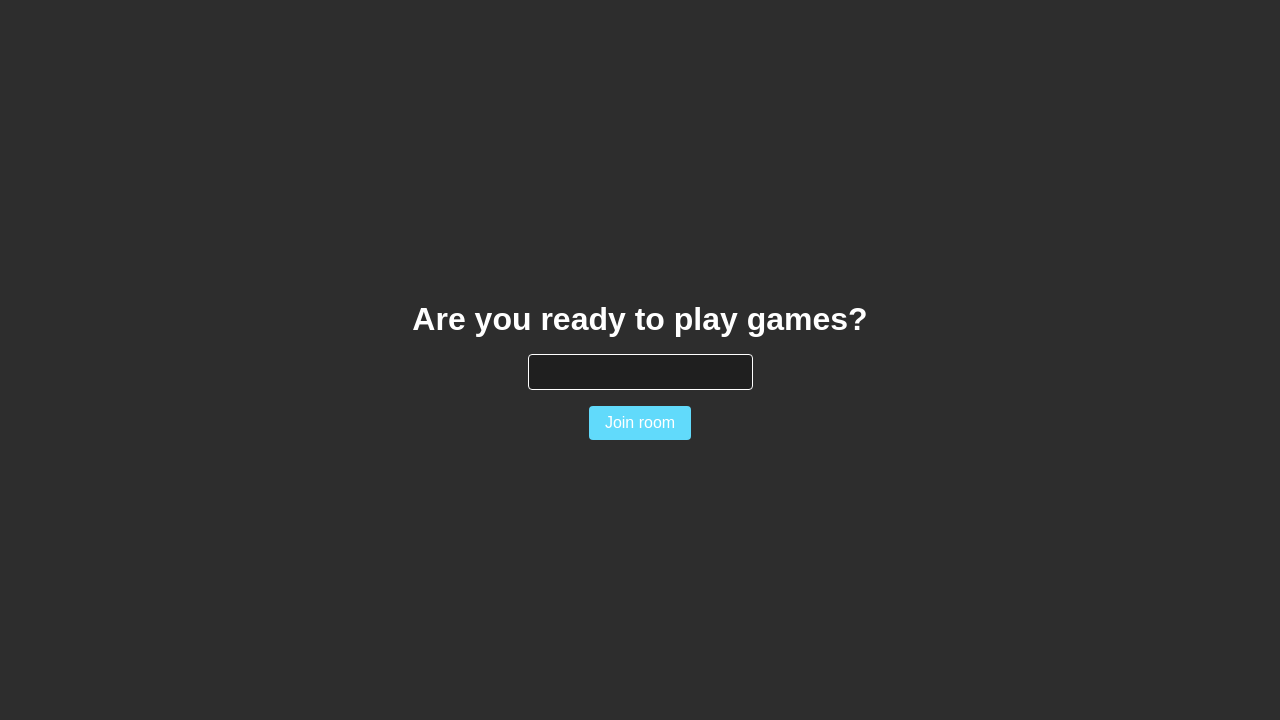
Repository: rektyyy/henhouse
Page: client/index.html
An editor plug-in stored every save of this project. The page is shown before and after a run of saves, followed by the edit.
The browser window is 1280 px wide. The pictures show the whole page.

Above is the page before, as saved 2023-12-30 10:08:11.

### client/index.html
<!DOCTYPE html>
<html lang="en">

<head>
    <meta name="viewport" content="width=device-width, initial-scale=1.0">
    <title>Cool Start Page</title>
    <link rel="stylesheet" type="text/css" href="styles.css">
    <style>
        body {
            display: flex;
            flex-direction: column;
            align-items: center;
            justify-content: center;
            height: 100vh;
            margin: 0;
            background-color: #2d2d2d;
            color: #fff;
            font-family: 'Arial', sans-serif;
        }

        h1 {
            font-size: 2rem;
            margin-bottom: 1rem;
        }

        input {
            padding: 0.5rem;
            margin-bottom: 1rem;
            font-size: 1rem;
            border: 1px solid #fff;
            border-radius: 0.25rem;
            background-color: #1f1f1f;
            color: #fff;
            outline: none;
        }

        button {
            padding: 0.5rem 1rem;
            font-size: 1rem;
            border: none;
            border-radius: 0.25rem;
            background-color: #61dafb;
            color: #fff;
            cursor: pointer;
            outline: none;
        }

        button:hover {
            background-color: #4fa3d1;
        }
    </style>
</head>

<body>
    <h1>Are you ready to play games?</h1>

    <input id="input_room" autocomplete="off" />
    <button id="button_room" type="submit">Join room</button>

    <script type="text/javascript" src="index.js"></script>
</body>

</html>

### client/styles.css

html, body {
    margin: 0;
    padding: 0;
    height: 100%;
    box-sizing: border-box;
}


*, *:before, *:after {
    box-sizing: inherit;
}


@import url('https://fonts.googleapis.com/css2?family=Open+Sans:wght@300;400;600&display=swap');

body {
    display: flex; /* Flex container for the whole viewport */
    flex-direction: column;
    font-family: 'Open Sans', Arial, sans-serif;
    background-color: #f7f7f7;
}

.container {
    display: flex;
    flex: 1;
    min-height: 0;
    flex-wrap: nowrap;
}

/* Styling for the board */
.board {
    display: grid;
    grid-template-columns: repeat(3, 150px);
    grid-gap: 10px;
    padding: 20px; /* Increased padding around the grid */
    margin: auto; /* Center the board in the available space */
    box-shadow: 0 0 10px rgba(0, 0, 0, 0.1); /* Soft shadow around the board */
    background: #fff; /* Background color for the board */
}

/* Styling for the chat container */
.chat-container {
    display: flex;
    flex-direction: column; /* Stack chat elements vertically */
    width: 300px; /* Fixed width for chat container */
    border-right: 2px solid #e0e0e0; /* Updated separator line */
    padding: 10px; /* Padding inside chat container */
    background: #fafafa; /* Light background for the chat */
}

/* Styling for the chat box where messages will appear */
.chat-box {
    overflow-y: auto; /* Allow scrolling */
    flex-grow: 1; /* Take up all available space */
    background: #fff; /* White background for contrast */
    margin-bottom: 10px; /* Space before the chat form */
    padding: 10px; /* Padding inside the chat box */
    border: 1px solid #e0e0e0; /* Border for the chat box */
    box-shadow: inset 0 0 5px rgba(0, 0, 0, 0.05); /* Inner shadow for depth */
}

/* Styling for the chat list */
.chat {
    list-style: none; /* Remove list styling */
    padding: 0; /* Remove padding */
    margin: 0; /* Remove margins */
}

/* Styling for the chat form at the bottom */
.chat-form {
    display: flex;
    flex-direction: column; /* Stack children vertically */
    margin-top: auto; /* Keep the chat form at the bottom */
    padding: 10px; /* Padding inside the chat form */
}

/* Styling for the input field */
#input_message {
    width: calc(100% - 20px); /* Adjust width to account for padding */
    margin-bottom: 10px; /* Space between input and button */
    padding: 10px; /* Padding for the input */
    border: 1px solid #ccc; /* Border for the input */
    border-radius: 4px; /* Rounded corners for the input */
}

/* Styling for the send button */
#sendButton {
    width: calc(100% - 20px); /* Adjust button width to account for padding */
    padding: 10px 0; /* Padding inside the button */
    border: none; /* No border for the button */
    border-radius: 4px; /* Rounded corners for the button */
    background-color: #61dafb; /* Background color for the button */
    color: white; /* Text color for the button */
    cursor: pointer; /* Cursor indication for the button */
    text-align: center; /* Center the text inside the button */
}


/* Styling for the cells within the board */
.cell {
    width: 150px; /* Increased width of cell */
    height: 150px; /* Increased height of cell */
    border: 2px solid #000; /* Cell border */
    display: flex; /* Flex container for cell content */
    align-items: center; /* Center content vertically */
    justify-content: center; /* Center content horizontally */
    font-size: 36px; /* Increased text size inside cell */
    cursor: pointer; /* Pointer cursor on hover */
    background-color: #fff; /* Cell background color */
    transition: background-color 0.3s; /* Transition for hover effect */
}

/* Hover effect for cells */
.cell:hover {
    background-color: #e0e0e0;
}

/* Styling for the buttons container */
.button-container {
    display: flex; /* Flex container for buttons */
    justify-content: center; /* Center buttons horizontally */
    padding: 20px; /* Increased padding around buttons */
}

/* Additional styling for the play-again and main-menu buttons */
#play-again, #main-menu {
    margin: 0 10px; /* Increased space between buttons */
    padding: 10px 20px; /* Padding inside buttons */
    border: none; /* Remove border */
    background-color: #61dafb; /* Green background for buttons */
    color: #fff; /* White text color */
    border-radius: 4px; /* Rounded corners for buttons */
    cursor: pointer; /* Pointer cursor on hover */
    transition: background-color 0.3s; /* Transition for hover effect */
}

/* Hover effect for buttons */
#play-again:hover, #main-menu:hover {
    background-color: #18547c; /* Darker green on hover */
}
@media (max-width: 768px) {
    .container {
        flex-direction: column; /* Stack the chat and board vertically */
    }

    .chat-container, .board {
        width: 100%; /* Set to full width to prevent horizontal overflow */
        margin-right: 0; /* Reset margin if changed for larger screens */
    }
}
/* Style for messages sent by the current user */
.my-message {
    background-color: #dcf8c6; /* Light green background for your messages */
    text-align: right; /* Align your messages to the right */
    padding: 5px 10px; /* Padding inside the message bubble */
    margin: 4px 0; /* Margin between messages */
    border-radius: 10px; /* Rounded corners for the message bubble */
    border: 1px solid #d3d3d3; /* Slight border for the bubble */
}

/* Style for messages sent by other users */
.other-message {
    background-color: #e5e5ea; /* Light grey background for others' messages */
    text-align: left; /* Align others' messages to the left */
    padding: 5px 10px; /* Padding inside the message bubble */
    margin: 4px 0; /* Margin between messages */
    border-radius: 10px; /* Rounded corners for the message bubble */
    border: 1px solid #d3d3d3; /* Slight border for the bubble */
}
.server-message {
    color: #FF9800; /* Example: Orange text */
    font-style: italic;
    /* Add other styling as needed */
}

### client/index.js
const input_room = document.getElementById('input_room');
const button_room = document.getElementById('button_room');

// Joins room
button_room.addEventListener('click', () => {
    if (input_room.value) {
        currentRoomId = input_room.value;
        input_room.value = '';
        window.location.href = `/game.html?room=${currentRoomId}`;
    }
});

### client/styles_index.css
$primary: #11998e;
$secondary: #38ef7d;
$white: #fff;
$gray: #9b9b9b;
.form__group {
  position: relative;
  padding: 15px 0 0;
  margin-top: 10px;
  width: 50%;
}

.form__field {
  font-family: inherit;
  width: 100%;
  border: 0;
  border-bottom: 2px solid $gray;
  outline: 0;
  font-size: 1.3rem;
  color: $white;
  padding: 7px 0;
  background: transparent;
  transition: border-color 0.2s;

  &::placeholder {
    color: transparent;
  }

  &:placeholder-shown ~ .form__label {
    font-size: 1.3rem;
    cursor: text;
    top: 20px;
  }
}

.form__label {
  position: absolute;
  top: 0;
  display: block;
  transition: 0.2s;
  font-size: 1rem;
  color: $gray;
}

.form__field:focus {
  ~ .form__label {
    position: absolute;
    top: 0;
    display: block;
    transition: 0.2s;
    font-size: 1rem;
    color: $primary;
    font-weight:700;
  }
  padding-bottom: 6px;
  font-weight: 700;
  border-width: 3px;
  border-image: linear-gradient(to right, $primary,$secondary);
  border-image-slice: 1;
}
/* reset input */
.form__field{
  &:required,&:invalid { box-shadow:none; }
}
/* demo */
body {
  font-family: 'Poppins', sans-serif;
  display: flex;
  flex-direction: column;
  justify-content: center;
  align-items: center;
  min-height: 100vh;
  font-size: 1.5rem;
  background-color:#222222;
}

After the next 2 saves:
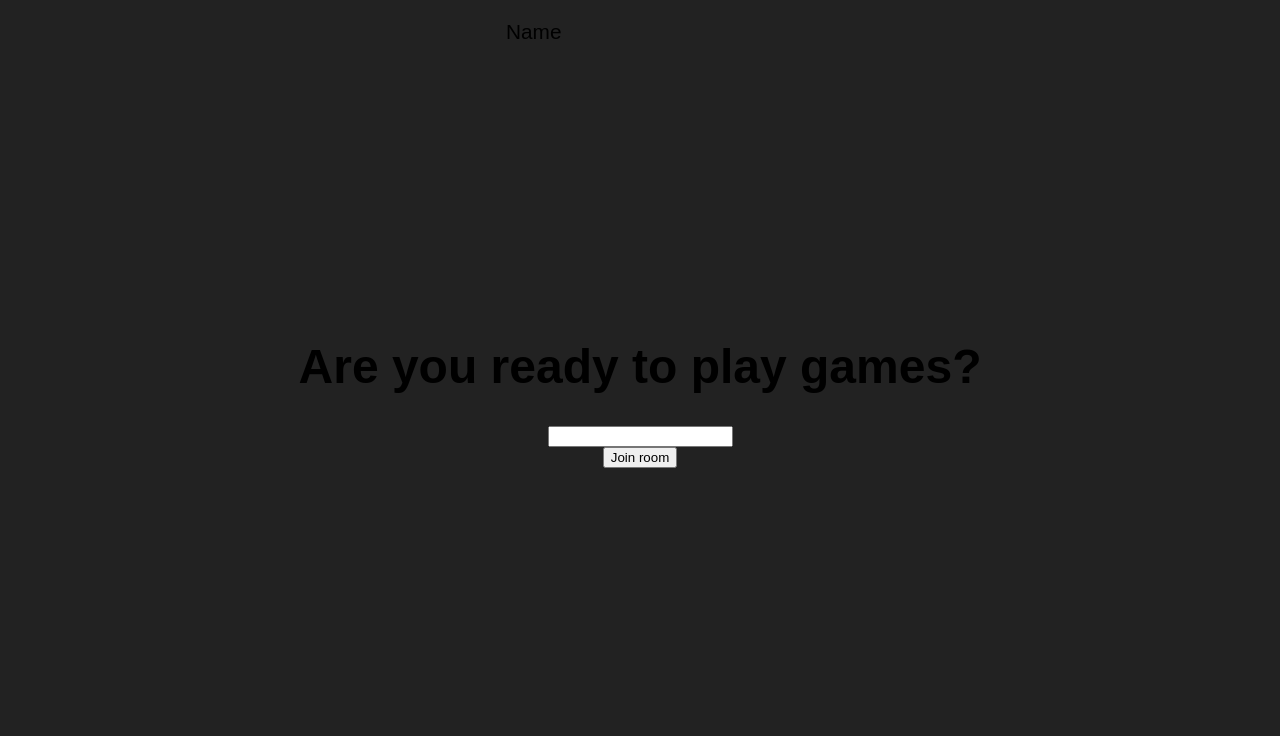
The 2 saves are shown as one change because they came seconds apart.
The last was saved 37 s later.
--- a/client/index.html
+++ b/client/index.html
@@ -4,54 +4,98 @@
 <head>
     <meta name="viewport" content="width=device-width, initial-scale=1.0">
     <title>Cool Start Page</title>
-    <link rel="stylesheet" type="text/css" href="styles.css">
+    <link rel="stylesheet" type="text/css" href="styles_index.css">
     <style>
+        $primary: #11998e;
+        $secondary: #38ef7d;
+        $white: #fff;
+        $gray: #9b9b9b;
+
+        .form__group {
+            position: relative;
+            padding: 15px 0 0;
+            margin-top: 10px;
+            width: 50%;
+        }
+
+        .form__field {
+            font-family: inherit;
+            width: 100%;
+            border: 0;
+            border-bottom: 2px solid $gray;
+            outline: 0;
+            font-size: 1.3rem;
+            color: $white;
+            padding: 7px 0;
+            background: transparent;
+            transition: border-color 0.2s;
+
+            &::placeholder {
+                color: transparent;
+            }
+
+            &:placeholder-shown~.form__label {
+                font-size: 1.3rem;
+                cursor: text;
+                top: 20px;
+            }
+        }
+
+        .form__label {
+            position: absolute;
+            top: 0;
+            display: block;
+            transition: 0.2s;
+            font-size: 1rem;
+            color: $gray;
+        }
+
+        .form__field:focus {
+            ~.form__label {
+                position: absolute;
+                top: 0;
+                display: block;
+                transition: 0.2s;
+                font-size: 1rem;
+                color: $primary;
+                font-weight: 700;
+            }
+
+            padding-bottom: 6px;
+            font-weight: 700;
+            border-width: 3px;
+            border-image: linear-gradient(to right, $primary, $secondary);
+            border-image-slice: 1;
+        }
+
+        /* reset input */
+        .form__field {
+
+            &:required,
+            &:invalid {
+                box-shadow: none;
+            }
+        }
+
+        /* demo */
         body {
+            font-family: 'Poppins', sans-serif;
             display: flex;
             flex-direction: column;
+            justify-content: center;
             align-items: center;
-            justify-content: center;
-            height: 100vh;
-            margin: 0;
-            background-color: #2d2d2d;
-            color: #fff;
-            font-family: 'Arial', sans-serif;
-        }
-
-        h1 {
-            font-size: 2rem;
-            margin-bottom: 1rem;
-        }
-
-        input {
-            padding: 0.5rem;
-            margin-bottom: 1rem;
-            font-size: 1rem;
-            border: 1px solid #fff;
-            border-radius: 0.25rem;
-            background-color: #1f1f1f;
-            color: #fff;
-            outline: none;
-        }
-
-        button {
-            padding: 0.5rem 1rem;
-            font-size: 1rem;
-            border: none;
-            border-radius: 0.25rem;
-            background-color: #61dafb;
-            color: #fff;
-            cursor: pointer;
-            outline: none;
-        }
-
-        button:hover {
-            background-color: #4fa3d1;
+            min-height: 100vh;
+            font-size: 1.5rem;
+            background-color: #222222;
         }
     </style>
 </head>
 
 <body>
+    <div class="form__group field">
+        <input type="input" class="form__field" placeholder="Name" name="name" id='name' required />
+        <label for="name" class="form__label">Name</label>
+    </div>
     <h1>Are you ready to play games?</h1>
 
     <input id="input_room" autocomplete="off" />
